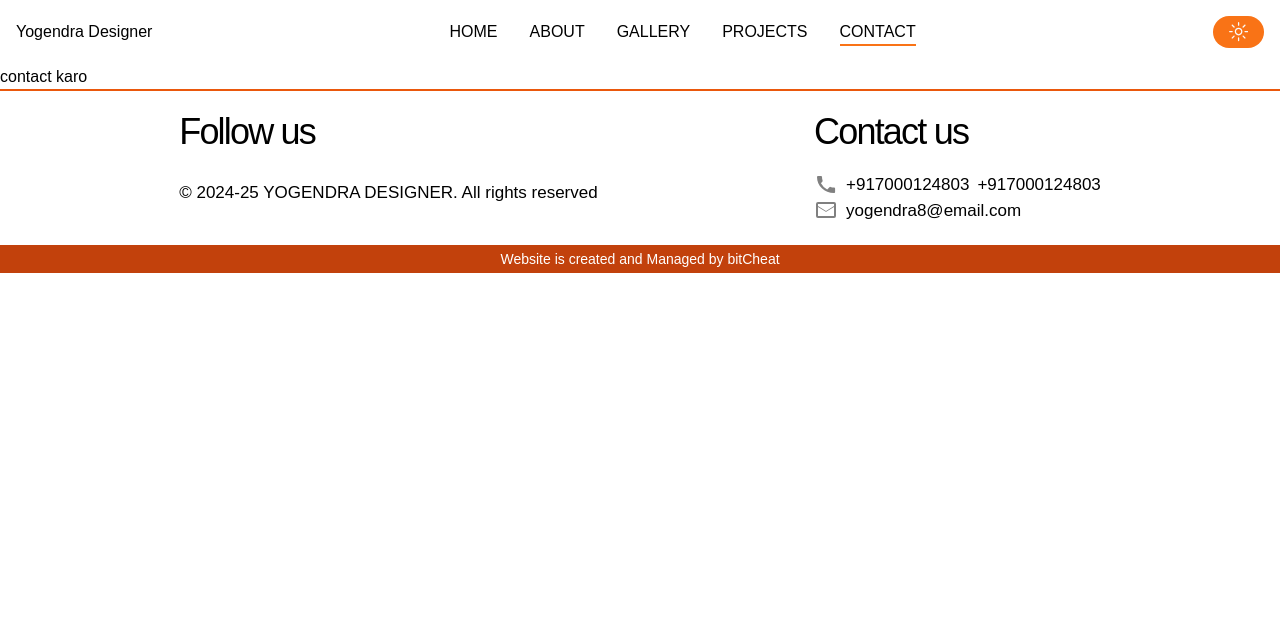
Repository: hitoutvrma/MB_designs-Interior-Designing-website
Page: /contact
These files come from the project's save history. The page is drawn as it stood at one moment and after the next save; the edit follows.
The browser window is 1280 px wide. The pictures show the whole page.
The project was rebuilt for these pictures with package versions that can differ from the ones it lists, and the page was loaded fresh each time. The framework's server and built-in components were replaced by stand-ins that run in the browser. Also part of the build but not shown: next.config.mjs.

Above is the page before, as saved 2024-09-16 18:42:33.

### app/layout.js
import localFont from "next/font/local";
import { Sen } from "next/font/google";
import "./globals.css";
import Header from "@/components/ui/Header";
import Footer from "@/components/ui/Footer";
import { ThemeProvider } from "@/components/ThemeProvider";

const josef = Sen({
  subsets:["latin"],
  weight:["400","500","600","700"],
  display:"swap"
})

// const geistSans = localFont({
//   src: "./fonts/GeistVF.woff",
//   variable: "--font-geist-sans",
//   weight: "100 900",
// });
// const geistMono = localFont({
//   src: "./fonts/GeistMonoVF.woff",
//   variable: "--font-geist-mono",
//   weight: "100 900",
// });

export const metadata = {
  title: "Create Next App",
  description: "Generated by create next app",
};

export default function RootLayout({ children }) {
  return (
    <html lang="en" suppressHydrationWarning>
      <body
        className={`${josef.variable} ${josef.variable} overflow-x-hidden antialiased`}
      >
        <ThemeProvider attribute='class' defaultTheme='light'>

        <Header/>
        {children}
        <Footer/>
        </ThemeProvider>
      </body>
    </html>
  );
}

### app/contact/page.jsx
import React from 'react'

const page = () => {
  return (
    <div>
      contact karo
    </div>
  )
}

export default page

### app/globals.css
@tailwind base;
@tailwind components;
@tailwind utilities;


body {
  color: var(--foreground);
  background: var(--background);
  font-family: Arial, Helvetica, sans-serif;
}

@layer utilities {
  .text-balance {
    text-wrap: balance;
  }
}


@layer base {
  :root {
    --background: 0 0% 100%;
    --foreground: 20 14.3% 4.1%;
    --card: 0 0% 100%;
    --card-foreground: 20 14.3% 4.1%;
    --popover: 0 0% 100%;
    --popover-foreground: 20 14.3% 4.1%;
    --primary: 24.6 95% 53.1%;
    --primary-foreground: 60 9.1% 97.8%;
    --secondary: 60 4.8% 95.9%;
    --secondary-foreground: 24 9.8% 10%;
    --muted: 60 4.8% 95.9%;
    --muted-foreground: 25 5.3% 44.7%;
    --accent: 60 4.8% 95.9%;
    --accent-foreground: 24 9.8% 10%;
    --destructive: 0 84.2% 60.2%;
    --destructive-foreground: 60 9.1% 97.8%;
    --border: 20 5.9% 90%;
    --input: 20 5.9% 90%;
    --ring: 24.6 95% 53.1%;
    --radius: 0.5rem;
    --chart-1: 12 76% 61%;
    --chart-2: 173 58% 39%;
    --chart-3: 197 37% 24%;
    --chart-4: 43 74% 66%;
    --chart-5: 27 87% 67%;
  }

  .dark {
    --background: 20 14.3% 4.1%;
    --foreground: 60 9.1% 97.8%;
    --card: 20 14.3% 4.1%;
    --card-foreground: 60 9.1% 97.8%;
    --popover: 20 14.3% 4.1%;
    --popover-foreground: 60 9.1% 97.8%;
    --primary: 20.5 90.2% 48.2%;
    --primary-foreground: 60 9.1% 97.8%;
    --secondary: 12 6.5% 15.1%;
    --secondary-foreground: 60 9.1% 97.8%;
    --muted: 12 6.5% 15.1%;
    --muted-foreground: 24 5.4% 63.9%;
    --accent: 12 6.5% 15.1%;
    --accent-foreground: 60 9.1% 97.8%;
    --destructive: 0 72.2% 50.6%;
    --destructive-foreground: 60 9.1% 97.8%;
    --border: 12 6.5% 15.1%;
    --input: 12 6.5% 15.1%;
    --ring: 20.5 90.2% 48.2%;
    --chart-1: 220 70% 50%;
    --chart-2: 160 60% 45%;
    --chart-3: 30 80% 55%;
    --chart-4: 280 65% 60%;
    --chart-5: 340 75% 55%;
  }
}



@layer base {
  * {
    @apply border-border;
  }
  body {
    @apply bg-background text-foreground;
  }
}

.h1{
  @apply text-6xl xl:text-[72px] xl:leading-[80px] tracking-[-2px] font-bold mb-5 mt-4;
}

### components/ui/Header.jsx
'use client';
import React from 'react'
 import ThemeToggler from '../ThemeToggler'
import MobileNavigation from './MobileNavigation';
import Nav from './Nav';
const Header = () => {
  return (
    <div className='flex justify-between p-4 items-center '>
      <div>Yogendra Designer</div>
      <Nav containerStyles='hidden xl:flex gap-8 items-center' linkStyles='relative hover:text-primary transition-all' underlineStyles ='absolute left-0 top-full h-[2px] bg-primary w-full'
      />
      <div className='flex gap-2 items-center'>

      <ThemeToggler/>
      <div className='xl:hidden'>

      <MobileNavigation/>
      </div>
      </div>
    </div>
  )
}

export default Header

### components/ui/Footer.jsx
import React from 'react'

const Footer = () => {
  return (
    <div className='w-screen'>

    <div class="sm:flex justify-between  border-t-2 border-t-orange-600  backdrop-blur-lg sm:px-[14vw] px-4 py-[3vh] text-[17px] ">
  <div className='mb-8 sm:mb-0'>
    <head>
    <link rel="stylesheet" href="https://cdnjs.cloudflare.com/ajax/libs/font-awesome/6.0.0-beta3/css/all.min.css"/>

    </head>
    <h1 class="pb-5 text-4xl tracking-tighter">Follow us</h1>
    <div className='flex gap-x-6 pb-2 text-4xl'>
    <a href="https://instagram/hitoutvrma" className="text-gray-600 hover:text-pink-500 transition-transform duration-300 transform hover:scale-110"><i class="fa-brands fa-instagram" ></i></a>
      <a href="https://www.linkedin.com/in/hitesh-verma-3695b0254/" className="text-gray-600 hover:text-blue-700 transition-transform duration-300 transform hover:scale-110"><i class="fa-brands fa-linkedin"></i></a>
      <a href="https://x.com/hitesh_404" className="text-gray-600 hover:text-blue-700 transition-transform duration-300 transform hover:scale-110"><i class="fa-brands fa-facebook"></i></a>
    </div>
    <div className='sm:block hidden'>&copy; 2024-25 YOGENDRA DESIGNER. All rights reserved</div>
  </div>
  <div>
    <h1 class="pb-5 text-4xl tracking-tighter">Contact us</h1>
    <div class="flex gap-x-2">
      <svg class="text" xmlns="http://www.w3.org/2000/svg" viewBox="0 0 24 24" width="24" height="24" fill="gray">
        <path d="M6.62 10.79a15.533 15.533 0 006.59 6.59l2.2-2.2a1 1 0 011.09-.27c1.12.37 2.33.57 3.6.57a1 1 0 011 1V20a1 1 0 01-1 1C10.29 21 3 13.71 3 5a1 1 0 011-1h3.01a1 1 0 011 1c0 1.27.2 2.48.57 3.6a1 1 0 01-.27 1.09l-2.2 2.2z" />
      </svg>
      <a href="tel:+917000124803" class="hover:underline">+917000124803</a>
      <a href="tel:+917000124803" class="hover:underline">+917000124803</a>
    </div>
    <div class="flex gap-x-2">
      <svg xmlns="http://www.w3.org/2000/svg" viewBox="0 0 24 24" width="24" height="24" fill="gray">
        <path d="M20 4H4a2 2 0 00-2 2v12a2 2 0 002 2h16a2 2 0 002-2V6a2 2 0 00-2-2zM4 6h16v2l-8 5-8-5V6zm0 12V9l7.39 4.62a1 1 0 001.22 0L20 9v9H4z" />
      </svg>
      <a href="mailto:example@email.com" class="hover:underline">yogendra8@email.com</a>
    </div>
  </div>
    </div>
  <div className='flex items-center justify-center p-1 text-sm bg-orange-700 text-white border-t-orange-600'>Website is created and Managed by bitCheat</div>
</div>

  )
}

export default Footer

### components/ThemeProvider.jsx
'use client';

import { ThemeProvider as NextThemesProvider } from "next-themes";

export function ThemeProvider({ children, ...props }) {
    return <NextThemesProvider {...props}>
        { children }
    </NextThemesProvider>
}

### components/ThemeToggler.jsx
import { Button } from "./ui/button";
import { useTheme } from "next-themes";
import { SunIcon, MoonIcon } from "@radix-ui/react-icons";

const ThemeToggler = () => {
    const { theme, setTheme } = useTheme();

  return (
    <div>
      <Button  onClick={()=>setTheme(theme==='dark'?'light':'dark')}>
        <SunIcon className="h-[1.2rem] w-[1.2rem] scale-100 rotate-0 transition-all dark:rotate-90 dark:scale-0"/>
        <MoonIcon className="w-[1rem] absolute scale-0 rotate-90 transition-all dark:rotate-0 dark:scale-100"/>
      </Button>
    </div>
  )
}

export default ThemeToggler

### components/ui/MobileNavigation.jsx
import React from 'react'

import {Sheet, SheetContent, SheetTrigger} from '@/components/ui/sheet';
import Nav from './Nav';
import { AlignJustify } from 'lucide-react';

const MobileNavigation = () => {
  return (
    <Sheet>
        <SheetTrigger asChild>
            <AlignJustify className='cursor-pointer'/>
        </SheetTrigger>
        <SheetContent>
            <div className='p-3 flex flex-col items-center'>
                <div>
                    <div>Yogendra designer</div>
                    <Nav containerStyles='flex flex-col items-center gap-y-2' linkStyles='text-1xl '/>
                </div>
            </div>
        </SheetContent>
    </Sheet>
  )
}

export default MobileNavigation

### components/ui/Nav.jsx
//Hooks

import { usePathname } from "next/navigation";
import { motion } from "framer-motion";
import Link from "next/link";

const links = [
    {
        path:'/',name:'home'
    },
    {
        path:'/about',name:'about'
    },
    {
        path:'/gallery',name:'gallery'
    },
    {
        path:'/projects',name:'projects'
    },
    {
        path:'/contact',name:'contact'
    },
]
const Nav = ({ containerStyles, linkStyles, underlineStyles } ) => {

    const path = usePathname();
  return (
    <div className={`${containerStyles}`} >
        {
            links.map((link,index) =>{
                return(
                    <Link href={link.path}
                    key={index} className={`uppercase ${linkStyles}`}>
                        {link.path===path && (
                            <motion.span
                            initial={{y:'-100%'}}
                            animate={{y:0}}
                            transition={{ type:'tween'}}
                            layoutId="underline"
                            className={`${underlineStyles}`}
                            />
                        )}
                        {link.name}

                    </Link>
                )
            })
        }
      </div>
  )
}

export default Nav

### components/ui/button.jsx
import * as React from "react"
import { Slot } from "@radix-ui/react-slot"
import { cva } from "class-variance-authority";

import { cn } from "@/lib/utils"

const buttonVariants = cva(
  "inline-flex items-center justify-center whitespace-nowrap rounded-full text-base font-medium ring-offset-background transition-colors focus-visible:outline-none focus-visible:ring-2 focus-visible:ring-ring focus-visible:ring-offset-2 disabled:pointer-events-none disabled:opacity-50",
  {
    variants: {
      variant: {
        default: "bg-primary text-primary-foreground hover:bg-primary/90",
        destructive:
          "bg-destructive text-destructive-foreground hover:bg-destructive/90",
        outline:
          "border border-input bg-background hover:bg-accent hover:text-accent-foreground",
        secondary:
          "bg-secondary text-secondary-foreground hover:bg-secondary/80",
        ghost: "hover:bg-accent hover:text-accent-foreground",
        link: "text-primary underline-offset-4 hover:underline",
      },
      size: {
        default: "sm:h-[2.5vw] h-[7vw] px-4 py-2",
        sm: "h-9 rounded-md px-3",
        lg: "h-11 rounded-md px-8",
        icon: "h-10 w-10",
      },
    },
    defaultVariants: {
      variant: "default",
      size: "default",
    },
  }
)

const Button = React.forwardRef(({ className, variant, size, asChild = false, ...props }, ref) => {
  const Comp = asChild ? Slot : "button"
  return (
    (<Comp
      className={cn(buttonVariants({ variant, size, className }))}
      ref={ref}
      {...props} />)
  );
})
Button.displayName = "Button"

export { Button, buttonVariants }

### components/ui/sheet.jsx
"use client";
import * as React from "react"
import * as SheetPrimitive from "@radix-ui/react-dialog"
import { cva } from "class-variance-authority";
import { X } from "lucide-react"

import { cn } from "@/lib/utils"

const Sheet = SheetPrimitive.Root

const SheetTrigger = SheetPrimitive.Trigger

const SheetClose = SheetPrimitive.Close

const SheetPortal = SheetPrimitive.Portal

const SheetOverlay = React.forwardRef(({ className, ...props }, ref) => (
  <SheetPrimitive.Overlay
    className={cn(
      "fixed inset-0 z-50 bg-black/80  data-[state=open]:animate-in data-[state=closed]:animate-out data-[state=closed]:fade-out-0 data-[state=open]:fade-in-0",
      className
    )}
    {...props}
    ref={ref} />
))
SheetOverlay.displayName = SheetPrimitive.Overlay.displayName

const sheetVariants = cva(
  "fixed z-50 gap-4 bg-background p-6 shadow-lg transition ease-in-out data-[state=open]:animate-in data-[state=closed]:animate-out data-[state=closed]:duration-300 data-[state=open]:duration-500",
  {
    variants: {
      side: {
        top: "inset-x-0 top-0 border-b data-[state=closed]:slide-out-to-top data-[state=open]:slide-in-from-top",
        bottom:
          "inset-x-0 bottom-0 border-t data-[state=closed]:slide-out-to-bottom data-[state=open]:slide-in-from-bottom",
        left: "inset-y-0 left-0 h-full w-3/4 border-r data-[state=closed]:slide-out-to-left data-[state=open]:slide-in-from-left sm:max-w-sm",
        right:
          "inset-y-0 right-0 h-full w-3/4  border-l data-[state=closed]:slide-out-to-right data-[state=open]:slide-in-from-right sm:max-w-sm",
      },
    },
    defaultVariants: {
      side: "right",
    },
  }
)

const SheetContent = React.forwardRef(({ side = "right", className, children, ...props }, ref) => (
  <SheetPortal>
    <SheetOverlay />
    <SheetPrimitive.Content ref={ref} className={cn(sheetVariants({ side }), className)} {...props}>
      {children}
      <SheetPrimitive.Close
        className="absolute right-4 top-4 rounded-sm opacity-70 ring-offset-background transition-opacity hover:opacity-100 focus:outline-none focus:ring-2 focus:ring-ring focus:ring-offset-2 disabled:pointer-events-none data-[state=open]:bg-secondary">
        <X className="h-4 w-4" />
        <span className="sr-only">Close</span>
      </SheetPrimitive.Close>
    </SheetPrimitive.Content>
  </SheetPortal>
))
SheetContent.displayName = SheetPrimitive.Content.displayName

const SheetHeader = ({
  className,
  ...props
}) => (
  <div
    className={cn("flex flex-col space-y-2 text-center sm:text-left", className)}
    {...props} />
)
SheetHeader.displayName = "SheetHeader"

const SheetFooter = ({
  className,
  ...props
}) => (
  <div
    className={cn("flex flex-col-reverse sm:flex-row sm:justify-end sm:space-x-2", className)}
    {...props} />
)
SheetFooter.displayName = "SheetFooter"

const SheetTitle = React.forwardRef(({ className, ...props }, ref) => (
  <SheetPrimitive.Title
    ref={ref}
    className={cn("text-lg font-semibold text-foreground", className)}
    {...props} />
))
SheetTitle.displayName = SheetPrimitive.Title.displayName

const SheetDescription = React.forwardRef(({ className, ...props }, ref) => (
  <SheetPrimitive.Description
    ref={ref}
    className={cn("text-sm text-muted-foreground", className)}
    {...props} />
))
SheetDescription.displayName = SheetPrimitive.Description.displayName

export {
  Sheet,
  SheetPortal,
  SheetOverlay,
  SheetTrigger,
  SheetClose,
  SheetContent,
  SheetHeader,
  SheetFooter,
  SheetTitle,
  SheetDescription,
}

### tailwind.config.js
/** @type {import('tailwindcss').Config} */
module.exports = {
	darkMode: ["class"], // Dark mode setting
	content: [
	  "./pages/**/*.{js,ts,jsx,tsx,mdx}",
	  "./components/**/*.{js,ts,jsx,tsx,mdx}",
	  "./app/**/*.{js,ts,jsx,tsx,mdx}",
	],
	theme: {
	  // Container customization
	  container: {
		center: true, // Centers the container horizontally
		padding: '2rem', // Adds 1rem of padding (16px) on all sides
		screens: {
		  sm: '100%',  // Container takes 100% width on small screens
		  md: '100%',  // Container takes 100% width on medium screens
		  lg: '1024px', // Container is 1024px wide on large screens
		  xl: '1280px', // Container is 1280px wide on extra-large screens
		  '2xl': '1536px', // Container is 1536px wide on 2XL screens
		},
	  },
	  extend: {
		// Extending color palette
		colors: {
		  background: 'hsl(var(--background))',
		  foreground: 'hsl(var(--foreground))',
		  card: {
			DEFAULT: 'hsl(var(--card))',
			foreground: 'hsl(var(--card-foreground))',
		  },
		  popover: {
			DEFAULT: 'hsl(var(--popover))',
			foreground: 'hsl(var(--popover-foreground))',
		  },
		  primary: {
			DEFAULT: 'hsl(var(--primary))',
			foreground: 'hsl(var(--primary-foreground))',
		  },
		  secondary: {
			DEFAULT: 'hsl(var(--secondary))',
			foreground: 'hsl(var(--secondary-foreground))',
		  },
		  muted: {
			DEFAULT: 'hsl(var(--muted))',
			foreground: 'hsl(var(--muted-foreground))',
		  },
		  accent: {
			DEFAULT: 'hsl(var(--accent))',
			foreground: 'hsl(var(--accent-foreground))',
		  },
		  destructive: {
			DEFAULT: 'hsl(var(--destructive))',
			foreground: 'hsl(var(--destructive-foreground))',
		  },
		  border: 'hsl(var(--border))',
		  input: 'hsl(var(--input))',
		  ring: 'hsl(var(--ring))',
		  chart: {
			'1': 'hsl(var(--chart-1))',
			'2': 'hsl(var(--chart-2))',
			'3': 'hsl(var(--chart-3))',
			'4': 'hsl(var(--chart-4))',
			'5': 'hsl(var(--chart-5))',
		  },
		},
		// Extending border radius
		borderRadius: {
		  lg: 'var(--radius)',
		  md: 'calc(var(--radius) - 2px)',
		  sm: 'calc(var(--radius) - 4px)',
		},
	  },
	},
	plugins: [require("tailwindcss-animate")],
  };

Loaded but not shown: lib/utils.js (common file)

After the next save:
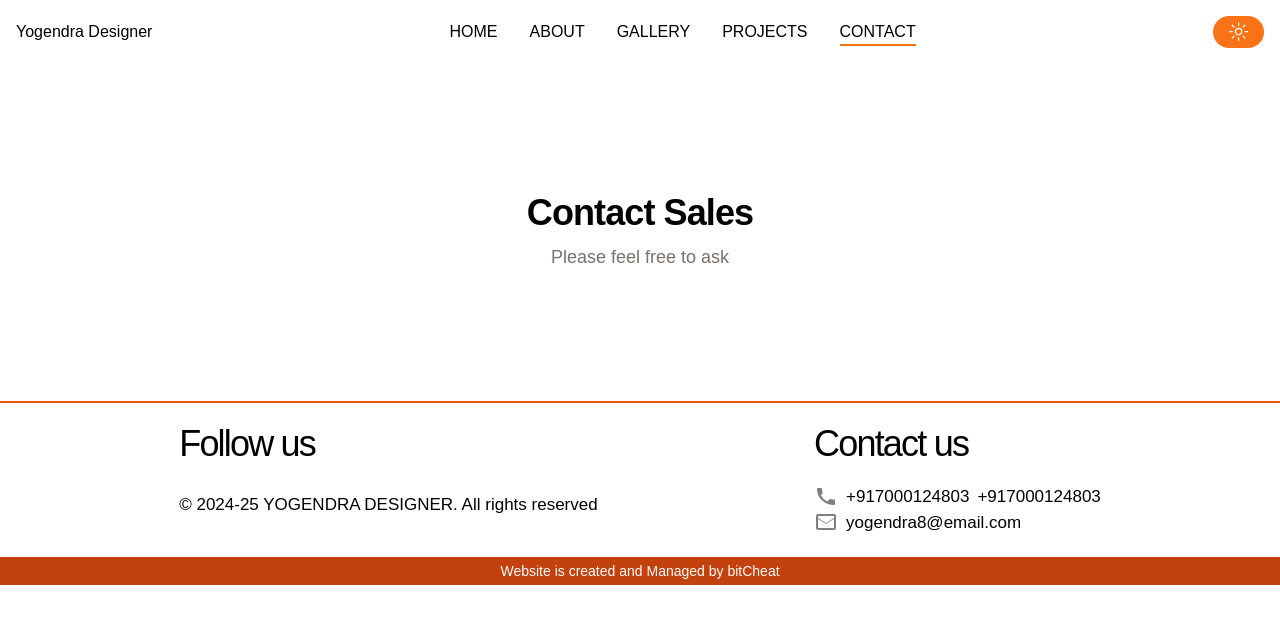
Saved 34 s later.
--- a/app/contact/page.jsx
+++ b/app/contact/page.jsx
@@ -1,11 +1,10 @@
-import React from 'react'
-
-const page = () => {
+export default function ContactSection(){
   return (
-    <div>
-      contact karo
-    </div>
+      <div className="px-6 py-24 sm:py-32 lg:px-8">
+          <div className="mx-auto max-w-2xl text-center">
+          <h2 className="text-3xl font-bold tracking-tight sm:text-4xl">Contact Sales</h2>
+          <p className="mt-2 text-lg leading-8 text-muted-foreground">Please feel free to ask </p>
+          </div>
+      </div>
   )
 }
-
-export default page
